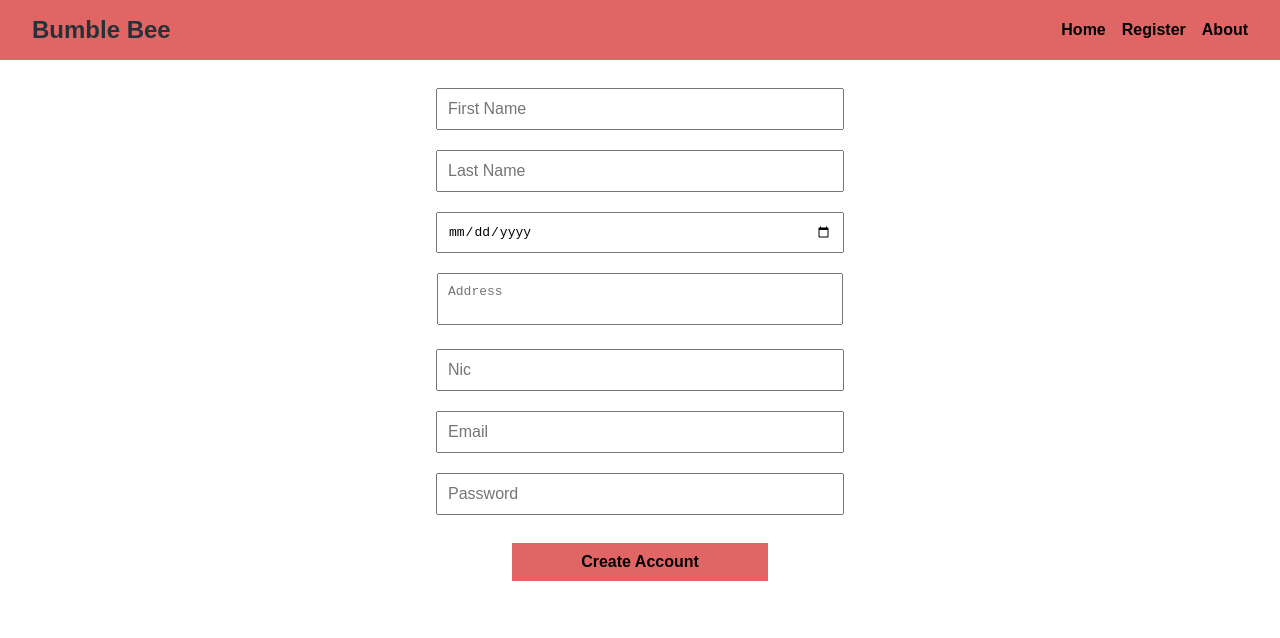
Repository: developerks611/Bumble-bee
Page: http://localhost/Bumble/add-customer.jsp
These files come from the project's save history. The page is drawn as it stood at one moment and after the next save; the edit follows.
The browser window is 1280 px wide. The pictures show the whole page.
The page is served by Tomcat 9. Other server files are loaded and not shown.

Above is the page before, as saved 2023-02-28 03:53:43.

### Bumble/src/main/webapp/add-customer.jsp
<%@ page language="java" contentType="text/html; charset=ISO-8859-1"
    pageEncoding="ISO-8859-1" isELIgnored="false"%>
 <%@ taglib prefix = "tag" uri = "http://java.sun.com/jsp/jstl/core" %>
<!DOCTYPE html>
<html>
<head>

<style>
textarea{
	resize:none;
	font-size:100%;
}

* {
  padding: 0;
  margin: 0;
}

body {
  font-family: Arial, Tahoma, Serif;
  color: #263238;
}

nav {
  display: flex;
  justify-content:space-between;
  align-items: center;
  padding: 1rem 2rem;
  background: #e06666;
}

nav ul {
  display: flex;
  list-style: none;
}

nav li {
  padding-left: 1rem;
}

nav a {
  text-decoration: none;
  color: black;
  font-weight:bold;
}

.container {
 text-align:center;
}

.txt_input{

	width:30%;
	height:auto;
	margin:10px;
	padding:10px;
	font-size:100%;

}

.createAccount{

	background-color:#e06666;
	outline: none;
    border: none;
    width:20%;
    font-size:100%;
    padding:10px;
    font-weight:bold;
}


 /*
  Extra small devices (phones, 600px and down)
*/
@media only screen and (max-width: 600px) {
  nav {
    flex-direction: column;
  }
  nav ul {
    flex-direction: column;
    padding-top: 0.5rem;
  }
  nav li {
    padding: 0.5rem 0;
  }
}
</style>
<meta charset="ISO-8859-1">
<title>Customer Registration</title>
</head>
<body>


<nav>
  <h2>Bumble Bee</h2>
  <ul>
    <li><a href="#">Home</a></li>
    <li><a href="#">Register</a></li>
    <li><a href="#">About</a></li>
  </ul>
</nav><br>

<div  class="container">
<p>${message }<p>
<form action="addData" method="post">
<input type="text" name="fname" placeholder="First Name" required class="txt_input"><br>
<input type="text" name="lname" placeholder="Last Name" required class="txt_input"><br>
<input type="date" name="dob" required class="txt_input"><br>
<textarea placeholder="Address" required name="adress" required class="txt_input"></textarea ><br>
<input type="text" name="nic" placeholder="Nic" required class="txt_input"><br>
<input type="email" name="email" placeholder="Email" required class="txt_input"><br>
<input type="password" name="password" placeholder="Password" required class="txt_input"><br><br>
<input type="hidden" name="action" value="addClient">
<button type="submit" class="btn btn-success createAccount">Create Account</button>

</form>
</div>
</body>
</html>

After the next save:
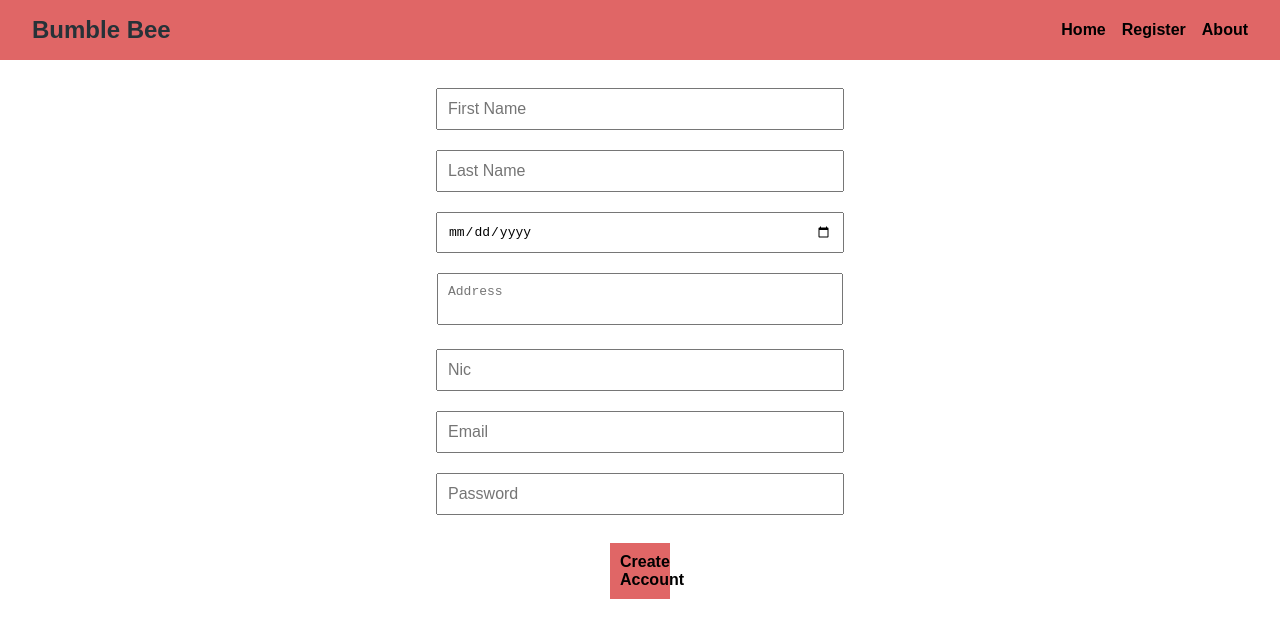
Saved 3 min 24 s later.
--- a/Bumble/src/main/webapp/add-customer.jsp
+++ b/Bumble/src/main/webapp/add-customer.jsp
@@ -63,7 +63,7 @@
 	background-color:#e06666;
 	outline: none;
     border: none;
-    width:20%;
+    width:60px;
     font-size:100%;
     padding:10px;
     font-weight:bold;

After the save that followed:
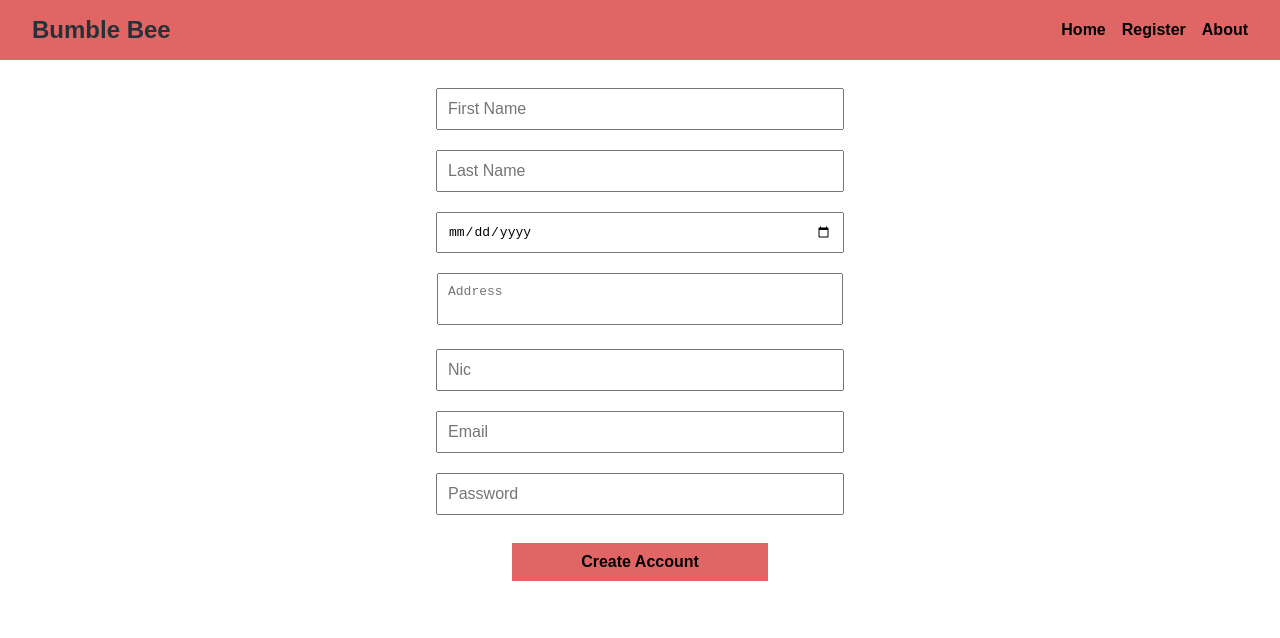
Saved 7 s later.
--- a/Bumble/src/main/webapp/add-customer.jsp
+++ b/Bumble/src/main/webapp/add-customer.jsp
@@ -63,7 +63,7 @@
 	background-color:#e06666;
 	outline: none;
     border: none;
-    width:60px;
+    width:20%;
     font-size:100%;
     padding:10px;
     font-weight:bold;
